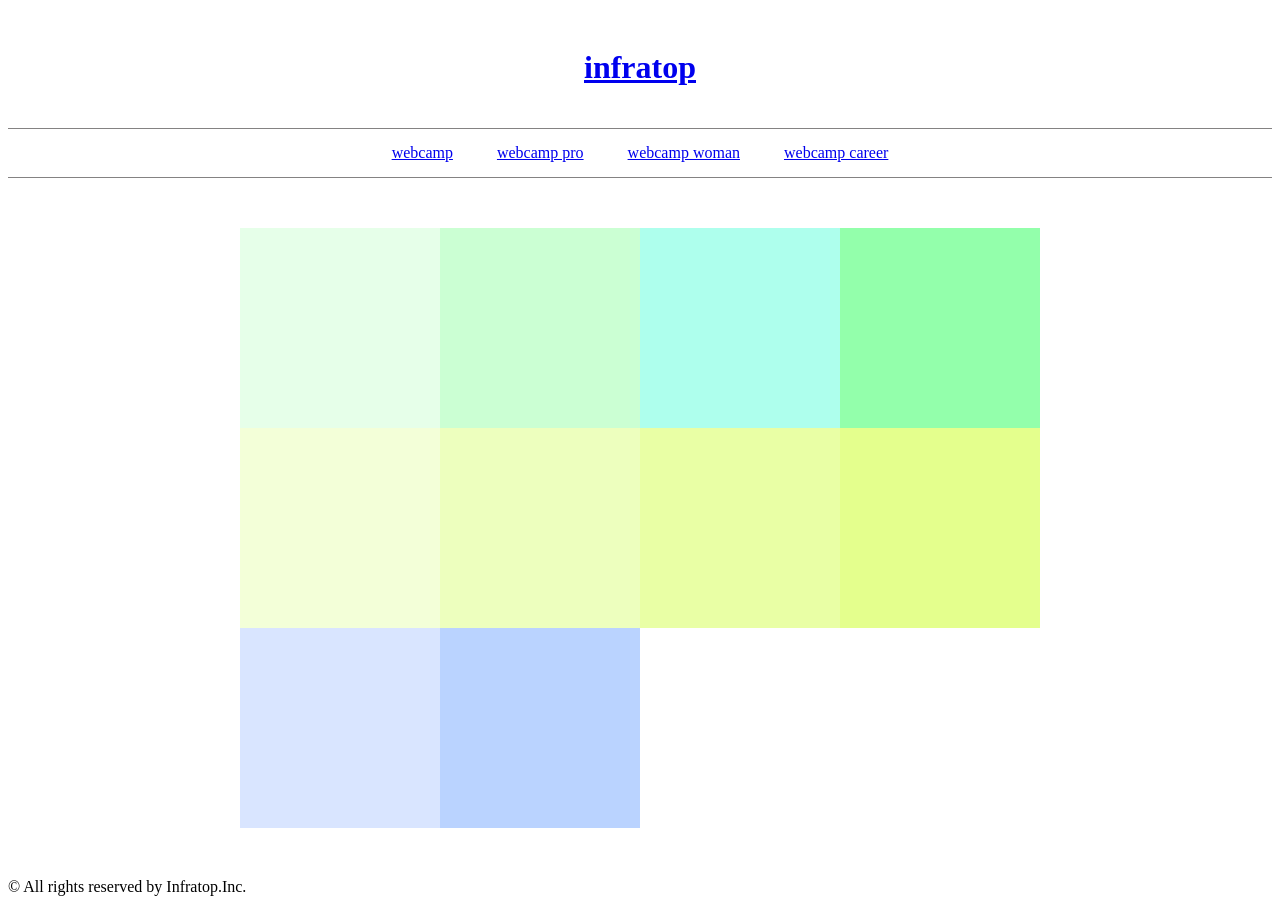
Repository: ego-boosting/html-practice1
Page: chapter5/index.html
The author's editor kept a record of every edit. The page is drawn from the files as they stood at one moment, then again after the next edit.
The browser window is 1280 px wide. The pictures show the whole page.

Above is the page before.

After the next edit:
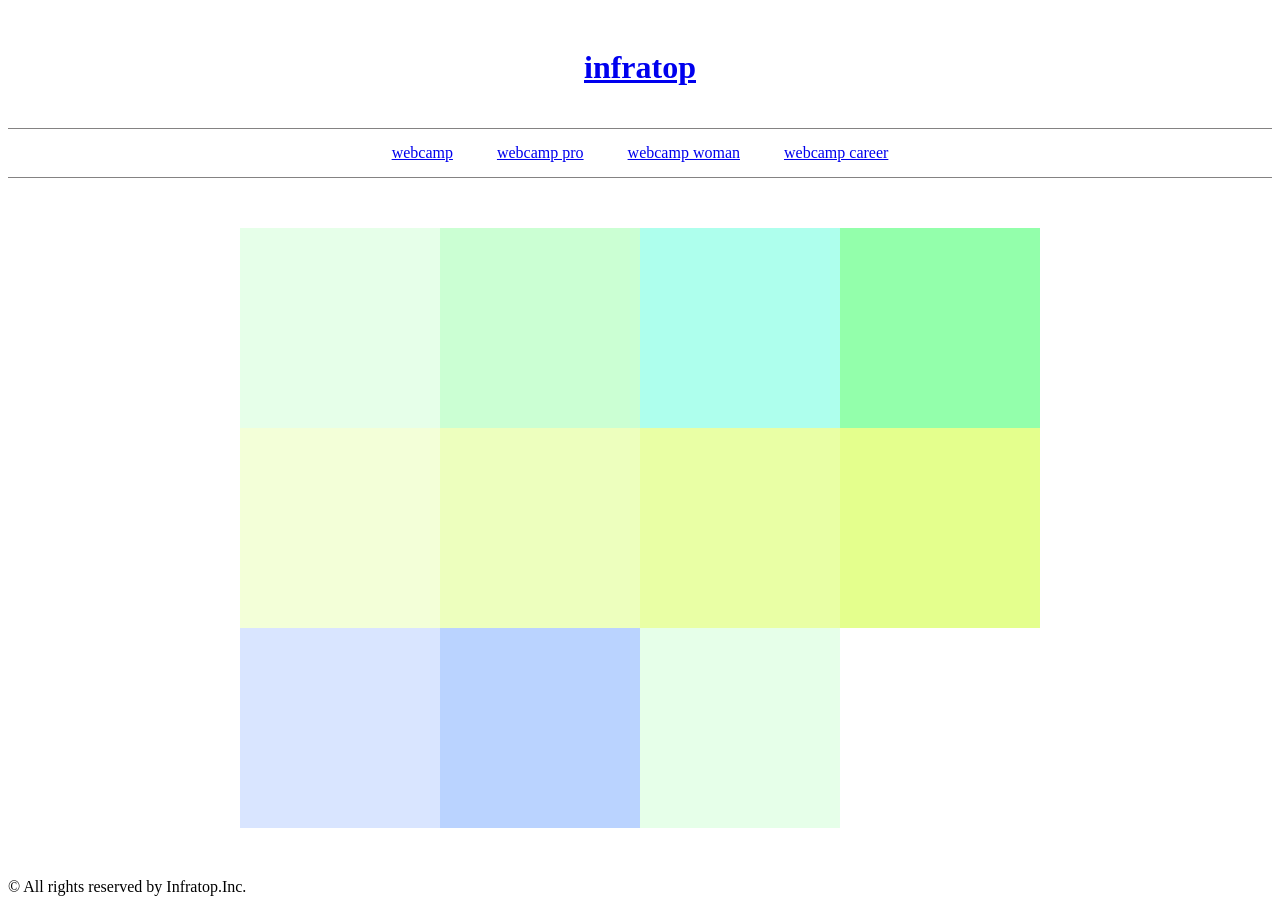
The edit:
--- a/chapter5/style.css
+++ b/chapter5/style.css
@@ -90,7 +90,7 @@
   background-color:#bad3ff;
 }
 
-.box1{
+.box11{
   width:200px;
   height:200px;
   background-color:#e6ffe9;
